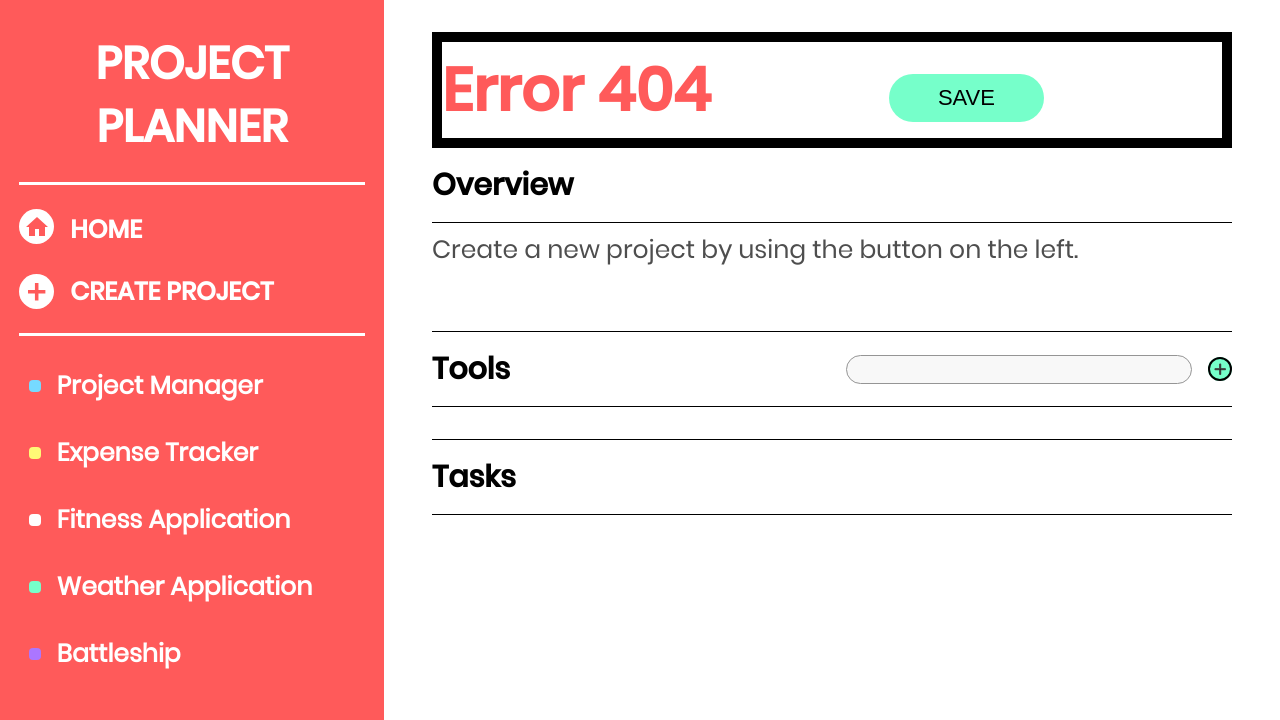
Repository: AzharMoosa/project-manager
Page: /project
An editor plug-in stored every save of this project. The page is shown before and after a run of saves, followed by the edit.
The browser window is 1280 px wide. The pictures show the whole page.
The project was rebuilt for these pictures with package versions that can differ from the ones it lists, and the page was loaded fresh each time. A package was used in the major version that the imports need, not the one package.json lists. Also part of the build but not shown: src/components/home/ProgressBar.js, src/components/home/ProjectProgress.js, src/components/home/Home.js, src/components/current-project/Task.js.

Above is the page before, as saved 2020-06-24 11:19:19.

After the next 3 saves:
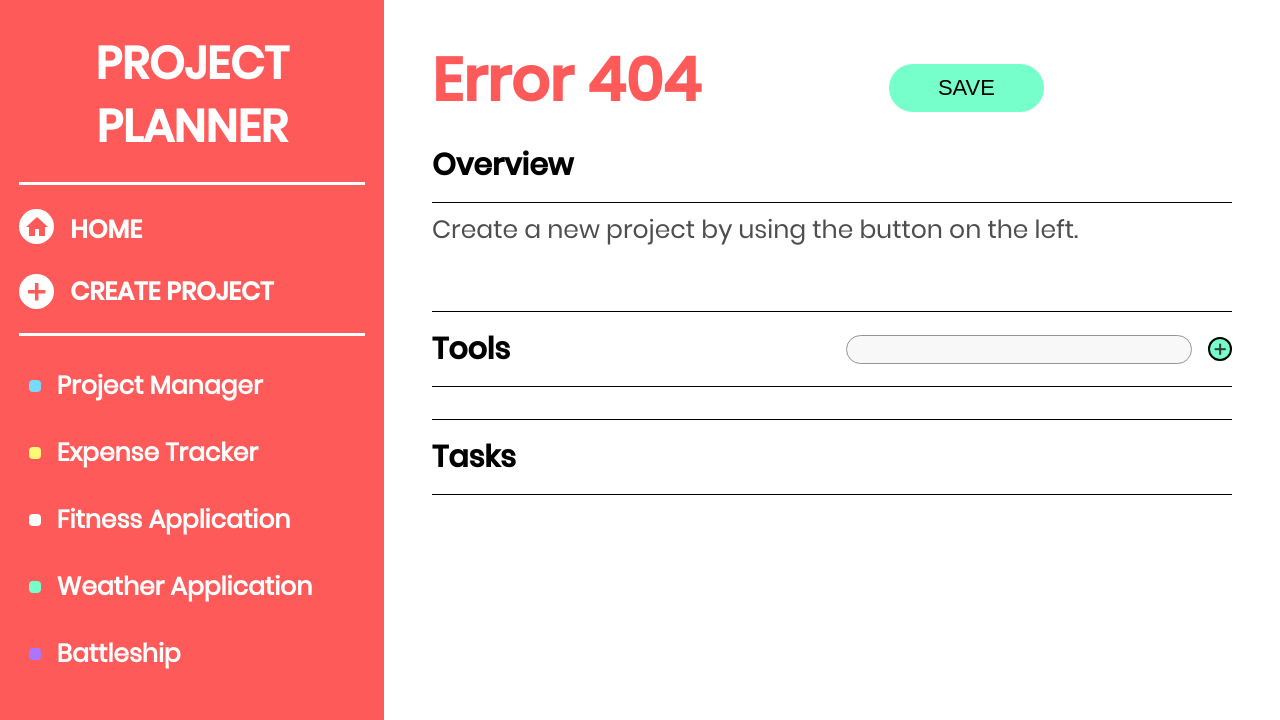
The 3 saves are shown as one change because they came seconds apart.
The last was saved 11 s later.
--- a/src/App.css
+++ b/src/App.css
@@ -157,8 +157,8 @@ body {
 
 .selected-project-head {
   display: flex;
-  align-items: center;
-  border: 10px solid black;
+  justify-self: center;
+  align-items: center;
 }
 
 .selected-project-head button {
